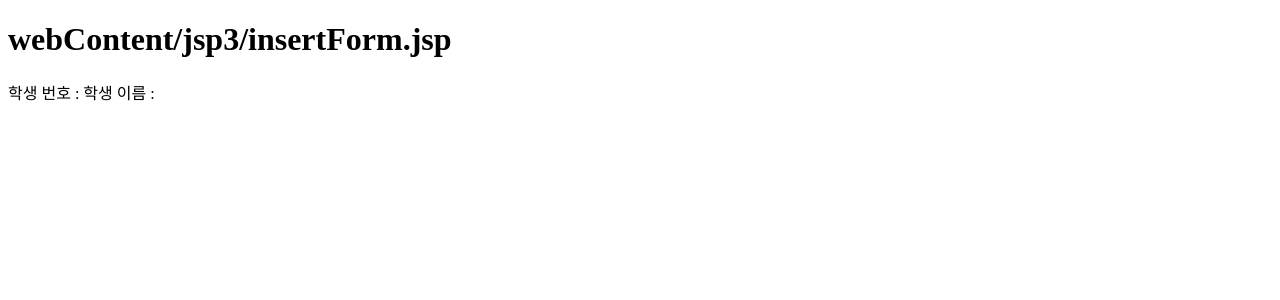
Repository: ReadStar/workspace_jsp
Page: http://localhost/StudyJSP/jsp3/insertForm.jsp
The author's editor kept a copy of each file at every save. The page is drawn from the files as they stood at one save, then again after the next save.
The browser window is 1280 px wide. The pictures show the whole page.
The page is served by Tomcat 9.

Above is the page before, as saved 2020-08-20 01:49:46.

After the next save:
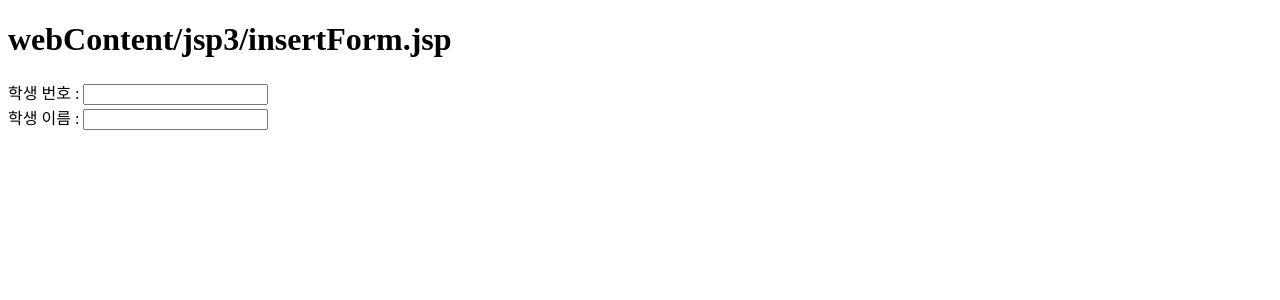
Saved 117 s later.
--- a/StudyJSP/WebContent/jsp3/insertForm.jsp
+++ b/StudyJSP/WebContent/jsp3/insertForm.jsp
@@ -8,7 +8,7 @@
 </head>
 <body>
 <h1>webContent/jsp3/insertForm.jsp</h1>
-학생 번호 :
-학생 이름 :
+학생 번호 : <input type="text" name="num"><br>
+학생 이름 : <input type="text" name="name"><br>
 </body>
 </html>
